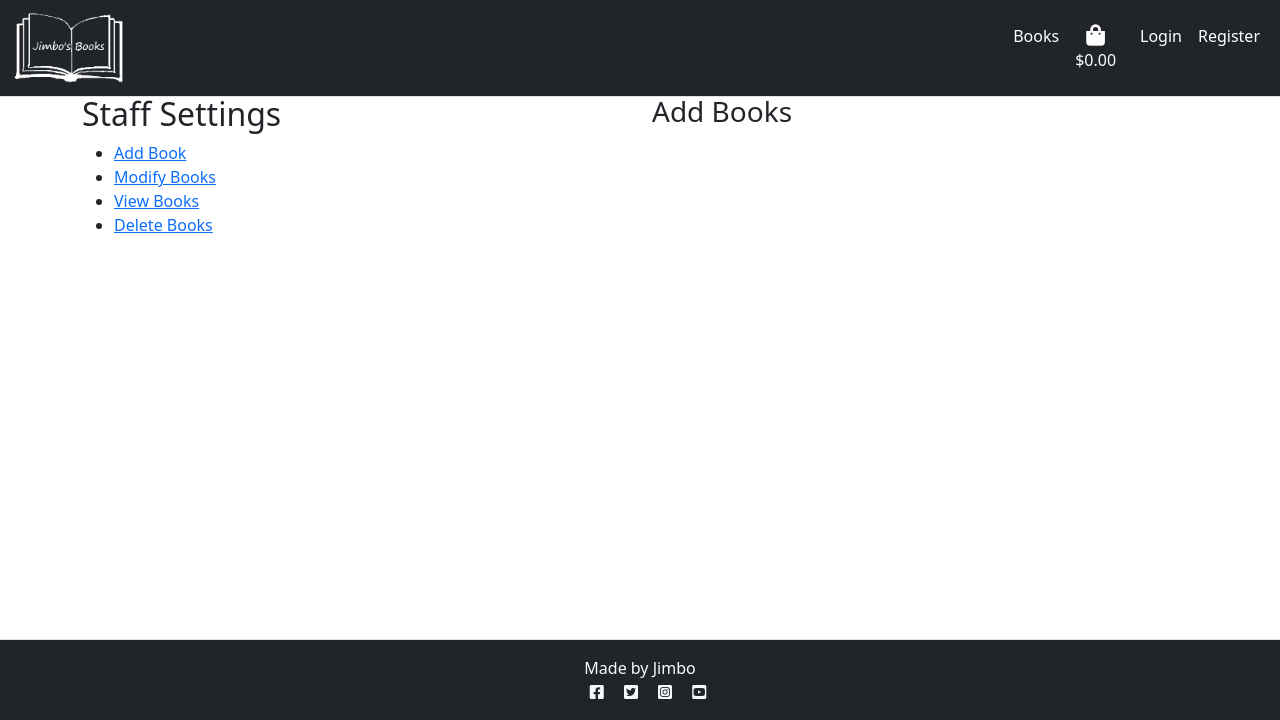
Repository: JaySanders95/jimbos-books
Page: templates/add_book.html
An editor plug-in stored every save of this project. The page is shown before and after the next save, followed by the edit.
The browser window is 1280 px wide. The pictures show the whole page.
The template is drawn by Django 3.2. The application's start-up code is not run. Other server files are loaded and not shown. The template is opened directly, without the code that normally fills it, so the values that code supplies are empty.

Above is the page before, as saved 2023-12-26 17:41:17.

### templates/add_book.html
{% extends 'staff_settings.html' %}

{% block settings_content %}
    <h3>Add Books</h3>

{% endblock %}

### templates/staff_settings.html
{% extends 'base.html' %}
{% load static %}

{% block content %}
    <div class="container">
        <div class="row">
            <div class="col">
                <h2>Staff Settings</h2>
                <ul>
                    <li><a href="{% url 'add_book' %}">Add Book</a></li>
                    <li><a href="{% url 'modify_books' %}">Modify Books</a></li>
                    <li><a href="{% url 'view_books' %}">View Books</a></li>
                    <li><a href="{% url 'delete_books' %}">Delete Books</a></li>
                </ul>
            </div>
            <div class="col">
                {% block settings_content %}{% endblock %}
            </div>
        </div>
    </div>
{% endblock %}

### home/templates/base.html
<!DOCTYPE html>
<html class="h-100">
{% load static %}

<head>
    <title>Jimbo's Books</title>

    <link rel="preconnect" href="https://fonts.gstatic.com">
    <link href="https://fonts.googleapis.com/css2?family=Roboto:wght@300&display=swap" rel="stylesheet">
    <link href="https://fonts.googleapis.com/css2?family=Lato:wght@300;700&display=swap" rel="stylesheet">
    <link rel="stylesheet" href="https://cdnjs.cloudflare.com/ajax/libs/font-awesome/5.15.3/css/all.min.css">
    <meta name="viewport" content="width=device-width, initial-scale=1" />
    <link href="https://cdn.jsdelivr.net/npm/bootstrap@5.0.1/dist/css/bootstrap.min.css" rel="stylesheet"
        integrity="sha384-+0n0xVW2eSR5OomGNYDnhzAbDsOXxcvSN1TPprVMTNDbiYZCxYbOOl7+AMvyTG2x" crossorigin="anonymous">
    <script src="https://cdn.jsdelivr.net/npm/bootstrap@5.0.1/dist/js/bootstrap.bundle.min.js"
        integrity="sha384-gtEjrD/SeCtmISkJkNUaaKMoLD0//ElJ19smozuHV6z3Iehds+3Ulb9Bn9Plx0x4" crossorigin="anonymous">
    </script>
    <script src="https://ajax.googleapis.com/ajax/libs/jquery/3.5.1/jquery.min.js"></script>
    <link rel="stylesheet" type="text/css" href="{% static 'style.css' %}">

</head>

<body class="d-flex flex-column h-100 toppage">

    <!-- Navigation -->
    <main class="flex-shrink-0">
        <nav class="navbar navbar-expand-lg navbar-light bg-dark border-bottom border-lg fixed-top">
            <div class="container-fluid">
                <a class="navbar-brand" href="{% url 'home' %}"><img id="logo" src="{% static 'logo_image/logo-image.png' %}" alt="jimbos books logo image"></a>
                <button class="navbar-toggler" type="button" data-bs-toggle="collapse" data-bs-target="#navbarText"
                    aria-controls="navbarText" aria-expanded="false" aria-label="Toggle navigation">
                    <span class="navbar-toggler-icon"></span>
                </button>
                <div class="collapse navbar-collapse" id="navbarText">
                    <ul class="navbar-nav ms-auto mb-2 mb-lg-0 ">
                        <li class="nav-item">
                            <a class="nav-link text-light" href="{% url 'home' %}">Books</a>
                        </li>
                        <li class="list-inline-item">
                            <a class="{% if grand_total %}text-info font-weight-bold{% else %}text-white{% endif %} nav-link" href="{% url 'view_bag' %}">
                                <div class="text-center">
                                    <div><i class="fas fa-shopping-bag fa-lg"></i></div>
                                    <p class="my-0">
                                        {% if grand_total %}
                                            ${{ grand_total|floatformat:2 }}
                                        {% else %}
                                            $0.00
                                        {% endif %}
                                    </p>
                                </div>
                            </a>
                        </li>
                        {% if user.is_staff %}
                        <li class="nav-item dropdown">
                            <a class="nav-link dropdown-toggle" href="#" id="navbarDarkDropdownMenuLink" role="button" data-bs-toggle="dropdown" aria-expanded="false">
                                Booking Settings
                            </a>
                            <ul class="dropdown-menu dropdown-menu-light" aria-labelledby="navbarDarkDropdownMenuLink">
                            <li><a class="dropdown-item text-light" href="">Staff settings</a></li>
                            <li><a class="dropdown-item text-light" href="">Manage Orders</a></li>
                            <li><a class="dropdown-item text-light" href="">log out</a></li>
                            </ul>
                        </li>
                        {% elif user.is_authenticated %}
                        <li class="nav-item dropdown">
                            <a class="nav-link dropdown-toggle" href="#" id="navbarDarkDropdownMenuLink" role="button" data-bs-toggle="dropdown" aria-expanded="false">
                                My account
                            </a>
                            <ul class="dropdown-menu dropdown-menu-light" aria-labelledby="navbarDarkDropdownMenuLink">
                            <li><a class="dropdown-item text-light" href="">My Account</a></li>
                            <li><a class="dropdown-item text-light" href="">My orders</a></li>
                            <li><a class="dropdown-item text-light" href="">log out</a></li>
                            </ul>
                        </li>
                        {% else %}
                        <li class="nav-item">
                            <a class="nav-link text-light" href="">Login</a>
                        </li>
                        <li class="nav-item">
                            <a class="nav-link text-light" href="">Register</a>
                        </li>




                        {% endif %}
                    </ul>

                </div>
            </div>
        </nav>
        <div class="spacer"></div>
        <div class="container">
            <div class="row">
                <div class="col-md-8 offset-md-2">
                    {% for message in messages %}
                    <div class="alert {{ message.tags}} alert-dismissable fade show text-center" id="msg" role="alert">
                        {{ message | safe }}
                    </div>
                    {% endfor %}
                </div>
            </div>
        </div>

            {% block content %}
            {% endblock content %}

    </main>


    <!-- Footer -->
    <footer class="footer mt-auto py-3 bg-dark border-top border-lg">
        <p class="m-0 text-center text-light ">Made by Jimbo</p>
        <p class="m-0 text-center text-light">
            <a href="https://www.facebook.com" class="icon-block text-light" target="_blank"><i class="fab fa-facebook-square ms-3"></i></a>
            <a href="https://www.twitter.com" class="icon-block text-light" target="_blank"><i class="fab fa-twitter-square ms-3"></i></a>
            <a href="https://www.instagram.com" class="icon-block text-light" target="_blank"><i class="fab fa-instagram-square ms-3"></i></a>
            <a href="https://www.youtube.com" class="icon-block text-light" target="_blank"><i class="fab fa-youtube-square ms-3"></i></a>
        </p>
    </footer>
    <script>
        setTimeout (function() {
        let messages = document.getElementById("msg");
        let alert = new bootstrap.Alert(messages);
        alert.close();
    }, 3000);

    </script>

</body>

</html>

### static/style.css
.book {
    border: 1px solid #ddd;
    margin: 20px;
    padding: 20px;
    border-radius: 10px;
    box-shadow: 0 0 10px rgba(0, 0, 0, 0.1);
    height: auto;
}

.book img {
    height: 300px;
}

.navbar-light .navbar-nav .nav-link {
    color: rgb(255, 255, 255) !important;
}

.navbar-brand img {
    height: 70px;
}

.spacer {
    margin-bottom: 95px;
}

#reviews-section {
    margin-top: 20px;
}

.review {
    margin-bottom: 20px;
    padding: 10px;
    border: 1px solid #ccc;
}

.review-image {
    max-width: 100%;
    height: auto;
}

.review-text {
    margin-top: 10px;
}

.review-divider {
    margin: 20px 0;
    border: none;
    border-top: 1px solid #ccc;
}

After the next save:
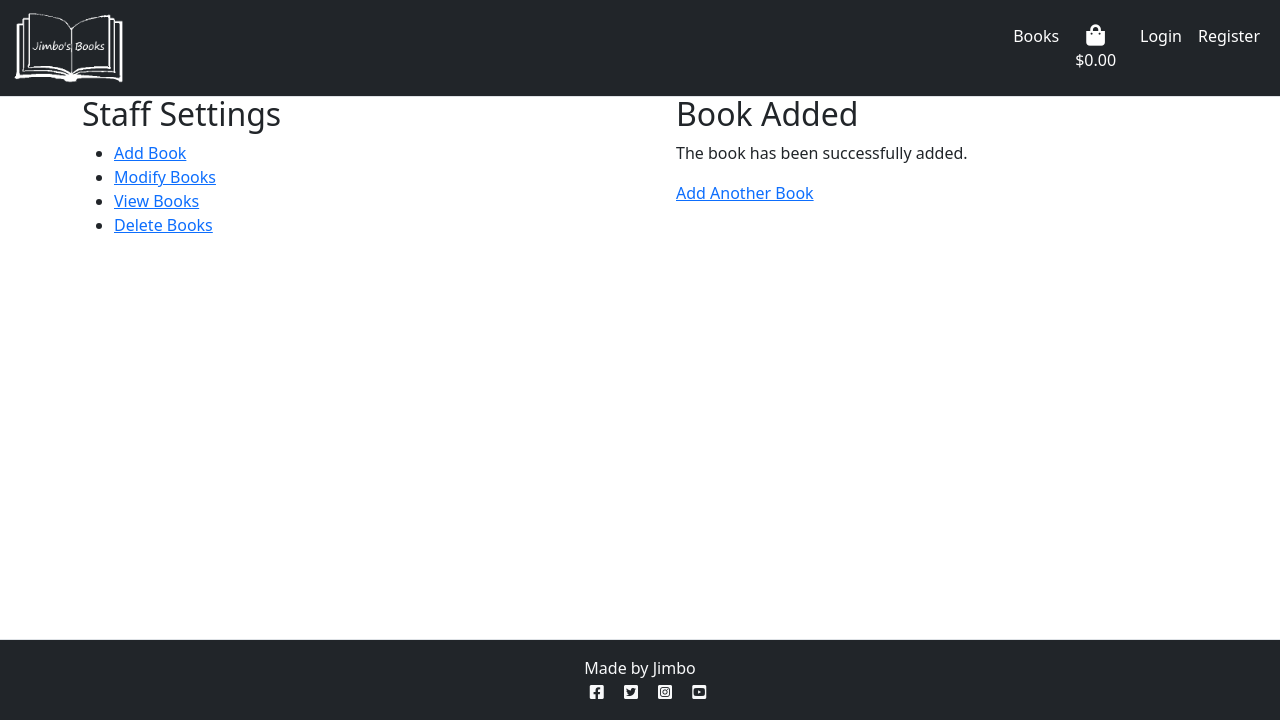
Saved 86 s later.
--- a/templates/add_book.html
+++ b/templates/add_book.html
@@ -1,6 +1,13 @@
 {% extends 'staff_settings.html' %}
 
 {% block settings_content %}
-    <h3>Add Books</h3>
-
+<div class="container">
+    <div class="row">
+        <div class="col">
+            <h2>Book Added</h2>
+            <p>The book has been successfully added.</p>
+            <a href="{% url 'add_book' %}">Add Another Book</a>
+        </div>
+    </div>
+</div>
 {% endblock %}
